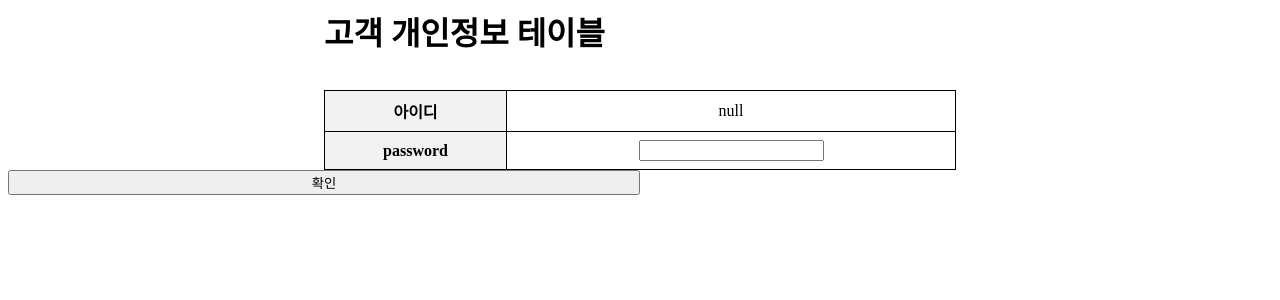
Repository: 2JISUN/hta-lecture-basic
Page: http://localhost/jsp03/info.jsp
These files come from the project's save history. The page is drawn as it stood at one moment and after the next save; the edit follows.
The browser window is 1280 px wide. The pictures show the whole page.
The page is served by Tomcat 10. Other server files are loaded and not shown. Queries for data that is not in the repository find no rows.

Above is the page before, as saved 2023-09-15 06:16:27.

### jsp-lecture/jsp03/src/main/webapp/info.jsp
<%@page import="java.sql.ResultSet"%>
<%@page import="java.sql.PreparedStatement"%>
<%@page import="java.sql.Connection"%>
<%@page import="java.sql.DriverManager"%>
<%@ page language="java" contentType="text/html; charset=UTF-8"
    pageEncoding="UTF-8"%>
<%

	String userID = request.getParameter("id");


	//1. driver 찾기
	String driver = "oracle.jdbc.OracleDriver";
	Class.forName(driver);

	//2. url
	// 자바17 = 오라클11
	String url = "jdbc:oracle:thin:@localhost:1521:xe";
	String id = "jisun";
	String pw = "1234";

	Connection conn = DriverManager.getConnection(url, id, pw);
	System.out.println("db연결 성공");

	//3. 조회 : 쿼리 작성 + 결과값 받아오기
	//3-1. 쿼리문 처리 메서드
	//3-2. 결과값 받아오기 select 를 제외하고 나머지는 정수 0
	PreparedStatement pstmt = null;
	ResultSet rs = null;
	String sql = "select * from test where id = ?";
	pstmt = conn.prepareStatement(sql);
	pstmt.setString(1,userID);
	rs = pstmt.executeQuery();
%>
<!DOCTYPE html>
<html>
<head>
    <meta charset="UTF-8">
    <title>고객 개인정보 테이블</title>
    <style>
    	h1 {
    	width: 50%;
		margin: auto;
    	}
        table {
            border-collapse: collapse;
            width: 50%;
            margin: auto;
        }

        th, td {
            border: 1px solid black;
            padding: 8px;
            text-align: center;
        }

        th {
            background-color: #f2f2f2;
        }
        button {
            	width: 50%;

        }
    </style>
</head>
<body>
<h1>고객 개인정보 테이블</h1>
<br>
<br>
<table>
    <tbody>
        <tr>
            <th>아이디</th>
            <td><%= userID %></td>
            <input type="hidden" name="userID" value="<%= userID %>" readonly>
        </tr>
        <tr>
            <th>password</th>
            <td><input type="password" name="userPW"></td>
        </tr>
    </tbody>
</table>
<button>확인</button>
</body>
</html>

After the next save:
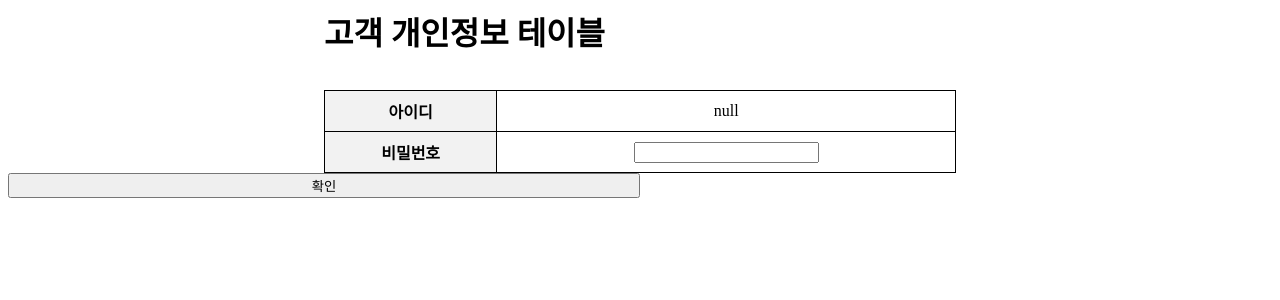
Saved 13 s later.
--- a/jsp-lecture/jsp03/src/main/webapp/info.jsp
+++ b/jsp-lecture/jsp03/src/main/webapp/info.jsp
@@ -75,7 +75,7 @@
             <input type="hidden" name="userID" value="<%= userID %>" readonly>
         </tr>
         <tr>
-            <th>password</th>
+            <th>비밀번호</th>
             <td><input type="password" name="userPW"></td>
         </tr>
     </tbody>

After the save that followed:
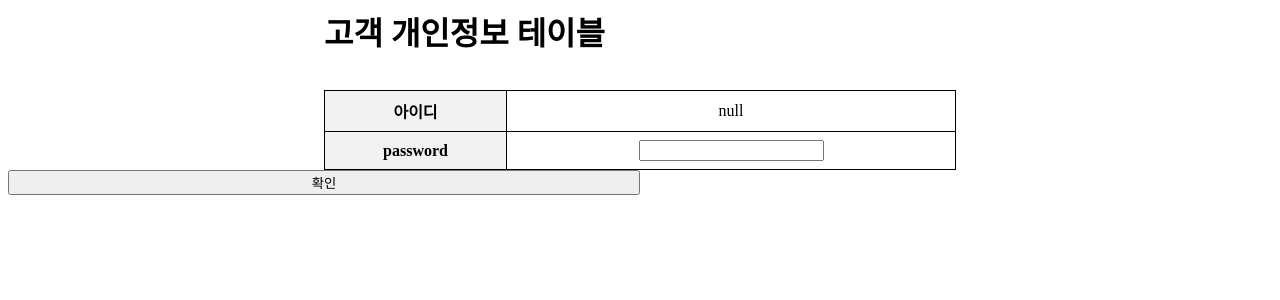
Saved 4 min 16 s later.
--- a/jsp-lecture/jsp03/src/main/webapp/info.jsp
+++ b/jsp-lecture/jsp03/src/main/webapp/info.jsp
@@ -4,66 +4,61 @@
 <%@page import="java.sql.DriverManager"%>
 <%@ page language="java" contentType="text/html; charset=UTF-8"
     pageEncoding="UTF-8"%>
-<%
-
-	String userID = request.getParameter("id");
-
-
-	//1. driver 찾기
-	String driver = "oracle.jdbc.OracleDriver";
-	Class.forName(driver);
-
-	//2. url
-	// 자바17 = 오라클11
-	String url = "jdbc:oracle:thin:@localhost:1521:xe";
-	String id = "jisun";
-	String pw = "1234";
-
-	Connection conn = DriverManager.getConnection(url, id, pw);
-	System.out.println("db연결 성공");
-
-	//3. 조회 : 쿼리 작성 + 결과값 받아오기
-	//3-1. 쿼리문 처리 메서드
-	//3-2. 결과값 받아오기 select 를 제외하고 나머지는 정수 0
-	PreparedStatement pstmt = null;
-	ResultSet rs = null;
-	String sql = "select * from test where id = ?";
-	pstmt = conn.prepareStatement(sql);
-	pstmt.setString(1,userID);
-	rs = pstmt.executeQuery();
-%>
 <!DOCTYPE html>
 <html>
 <head>
     <meta charset="UTF-8">
     <title>고객 개인정보 테이블</title>
     <style>
-    	h1 {
-    	width: 50%;
-		margin: auto;
-    	}
+        h1 {
+            width: 50%;
+            margin: auto;
+        }
         table {
             border-collapse: collapse;
             width: 50%;
             margin: auto;
         }
-
         th, td {
             border: 1px solid black;
             padding: 8px;
             text-align: center;
         }
-
         th {
             background-color: #f2f2f2;
         }
         button {
-            	width: 50%;
-
+            width: 50%;
         }
     </style>
 </head>
 <body>
+<%
+    String userID = request.getParameter("id");
+
+    //1. driver 찾기
+    String driver = "oracle.jdbc.OracleDriver";
+    Class.forName(driver);
+
+    //2. url
+    // 자바17 = 오라클11
+    String url = "jdbc:oracle:thin:@localhost:1521:xe";
+    String id = "jisun";
+    String pw = "1234";
+
+    Connection conn = DriverManager.getConnection(url, id, pw);
+    System.out.println("db연결 성공");
+
+    //3. 조회 : 쿼리 작성 + 결과값 받아오기
+    //3-1. 쿼리문 처리 메서드
+    //3-2. 결과값 받아오기 select 를 제외하고 나머지는 정수 0
+    PreparedStatement pstmt = null;
+    ResultSet rs = null;
+    String sql = "select * from test where id = ?";
+    pstmt = conn.prepareStatement(sql);
+    pstmt.setString(1, userID);
+    rs = pstmt.executeQuery();
+%>
 <h1>고객 개인정보 테이블</h1>
 <br>
 <br>
@@ -72,14 +67,14 @@
         <tr>
             <th>아이디</th>
             <td><%= userID %></td>
-            <input type="hidden" name="userID" value="<%= userID %>" readonly>
         </tr>
         <tr>
-            <th>비밀번호</th>
+            <th>password</th>
             <td><input type="password" name="userPW"></td>
         </tr>
     </tbody>
 </table>
+<input type="hidden" name="userID" value="<%= userID %>" readonly>
 <button>확인</button>
 </body>
 </html>
